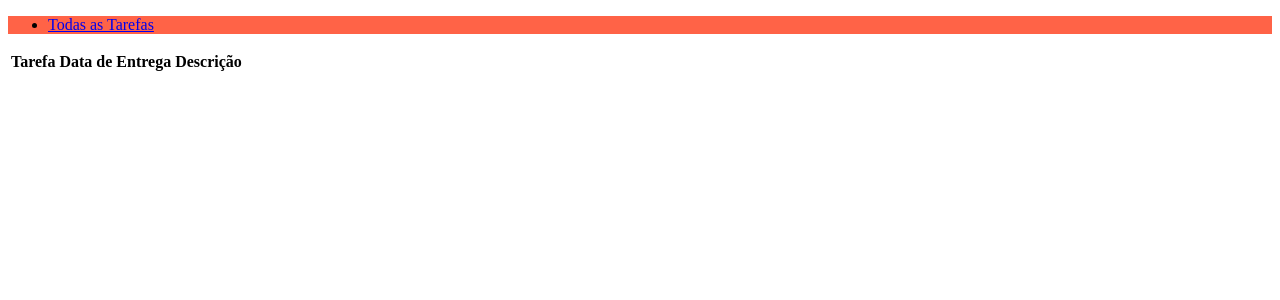
Repository: sophiaks/CRUD
Page: http://localhost/Projeto1/Lista
The author's editor kept a copy of each file at every save. The page is drawn from the files as they stood at one save, then again after the next save.
The browser window is 1280 px wide. The pictures show the whole page.
The page is served by Tomcat 9. Queries for data that is not in the repository find no rows.

Above is the page before, as saved 2020-09-22 00:40:46.

After the next save:
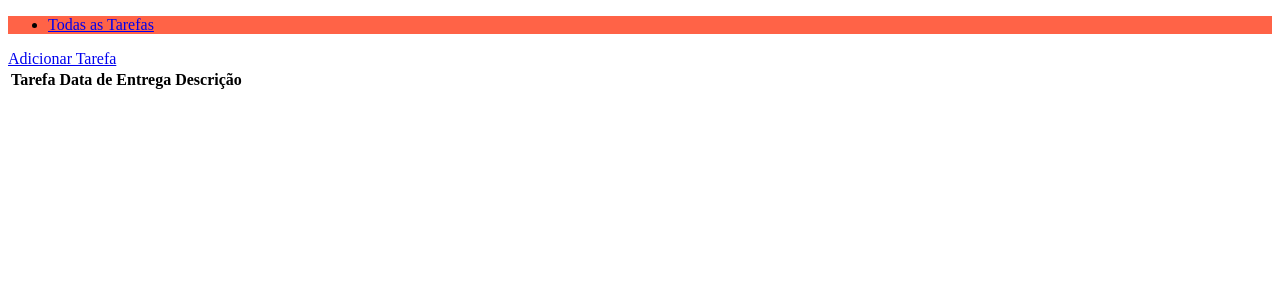
Saved 37 s later.
--- a/WorkspaceP1/Projeto1/WebContent/lista.jsp
+++ b/WorkspaceP1/Projeto1/WebContent/lista.jsp
@@ -20,6 +20,8 @@
 			</ul>
 		</nav>
 	</header>
+	<a href="<%=request.getContextPath()%>/Cria"
+					class="btn btn-success">Adicionar Tarefa</a>
 	<table class="table table-bordered">
 				<thead>
 					<tr>
